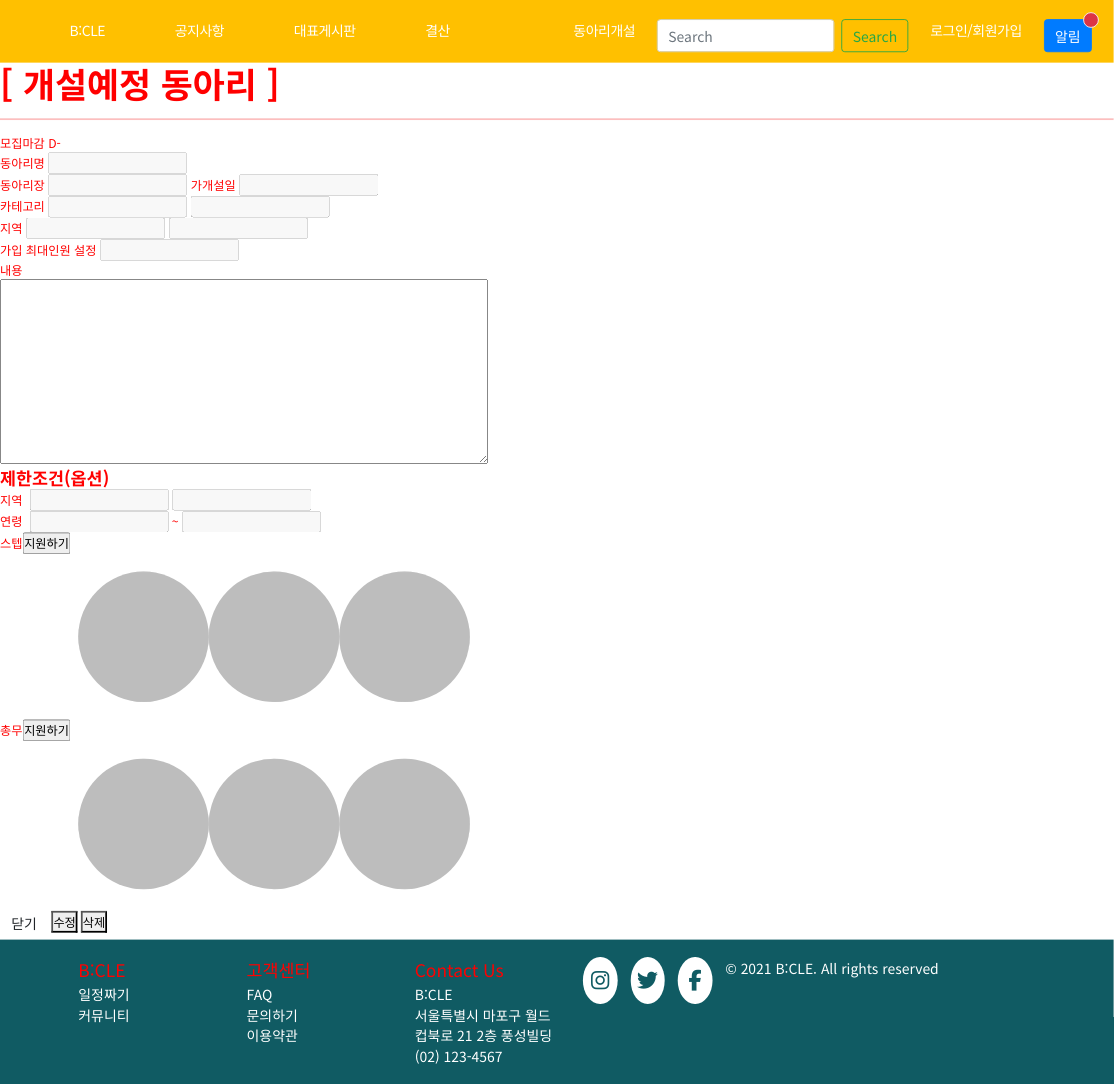
Repository: CHAEYUN7074/SpringProject_Bcle
Page: http://localhost/Bcle/ClubBeforeOpenedContents.jsp
These files come from the project's save history. The page is drawn as it stood at one moment and after the next save; the edit follows.
The browser window is 1280 px wide. The pictures show the whole page, at 87% of full size.
Some web fonts or font styles are not loaded; a fallback is used. Some web libraries are served in a nearby version. The page is served by Tomcat 9. The template is opened directly, without the code that normally fills it, so the values that code supplies are empty.

Above is the page before, as saved 2021-12-22 14:37:42.

After the next save:
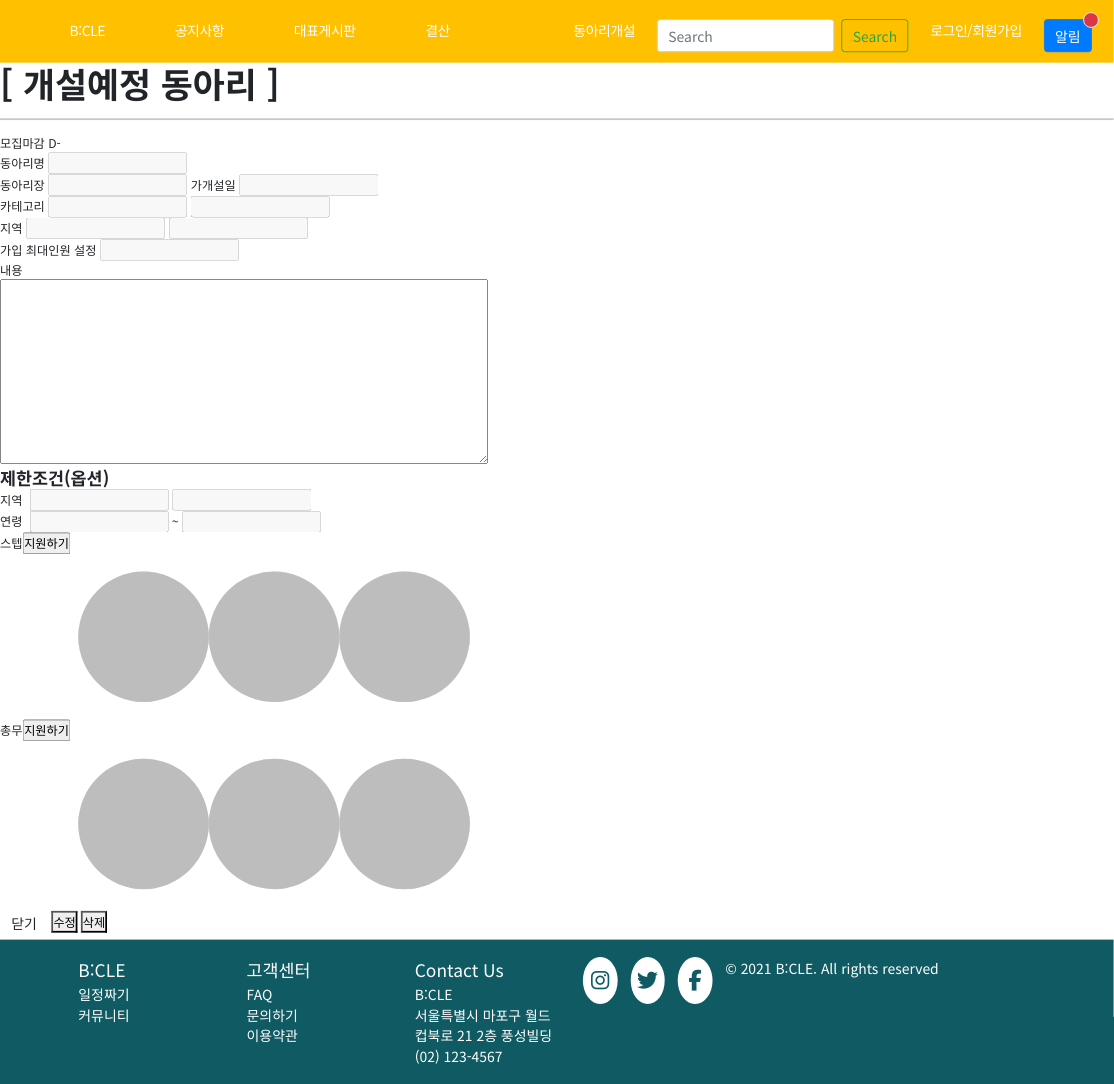
Saved 75 s later.
--- a/Bcle/WebContent/ClubBeforeOpenedContents.jsp
+++ b/Bcle/WebContent/ClubBeforeOpenedContents.jsp
@@ -54,7 +54,7 @@ String cp = request.getContextPath();
 
    //
              $(function() {
-        	  $('div').css('color','red');
+        	  $('#updateBtn').css('display','hidden');
         	});
 
 
